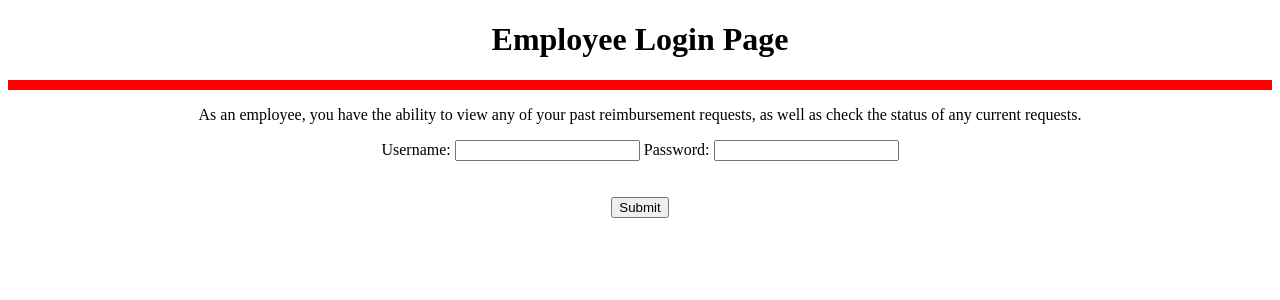
Repository: 2502-feb25-java-org/leclair_project0
Page: Project1/Project1/src/main/webapp/employee.html
These files come from the project's save history. The page is drawn as it stood at one moment and after the next save; the edit follows.
The browser window is 1280 px wide. The pictures show the whole page.

Above is the page before, as saved 2019-03-26 21:24:02.

### Project1/Project1/src/main/webapp/employee.html
<!DOCTYPE html>
<html>

<head>
    <h1 align="center">Employee Login Page</h1>
  	<hr size="10" color= "red">
</head>

<body>
  <p align="center">As an employee, you have the ability to view any of your past reimbursement requests, as well as check the status of any current requests.</p>
  <form align= "center">
    <label>Username:</label>
    <input type= "text" id= "uName" onchange="validateUserName()" required>
    <label>Password:</label>
    <input type= "text" id="pWord" onchange="validatePassword()" required>
    <br><br><br>
    <input type = submit>
  </form>

</body>
</html>

After the next save:
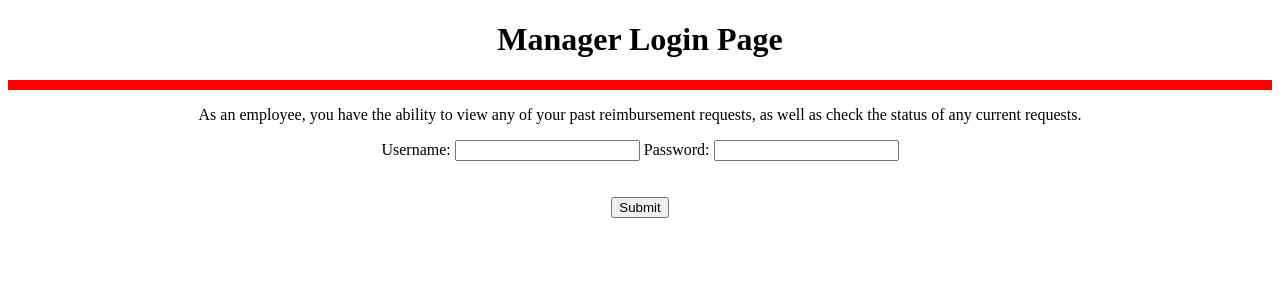
Saved 2 min 13 s later.
--- a/Project1/Project1/src/main/webapp/employee.html
+++ b/Project1/Project1/src/main/webapp/employee.html
@@ -2,7 +2,7 @@
 <html>
 
 <head>
-    <h1 align="center">Employee Login Page</h1>
+    <h1 align="center">Manager Login Page</h1>
   	<hr size="10" color= "red">
 </head>
 
